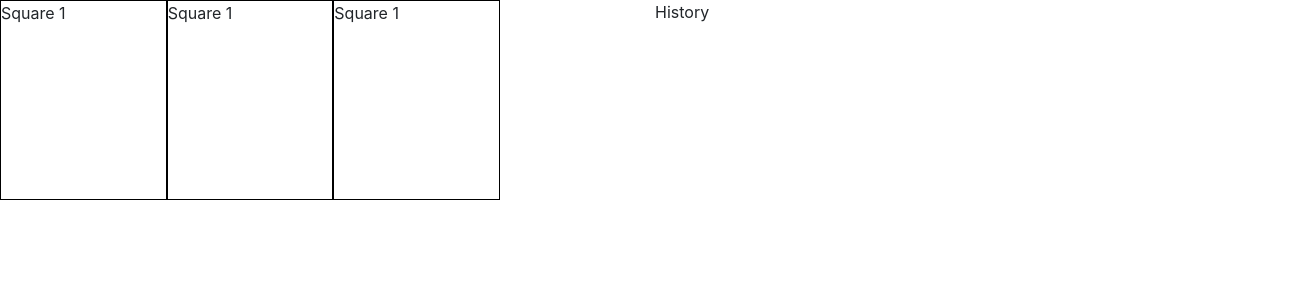
Repository: tts2610/Tic-Tac_Toe
Page: /
These files come from the project's save history. The page is drawn as it stood at one moment and after the next save; the edit follows.
The browser window is 1280 px wide. The page is 1295 px wide, then 1280 px, so the pictures cover 1295 px, including what lies to the right of the window. The pictures show the whole page.
The project was rebuilt for these pictures with package versions that can differ from the ones it lists, and the page was loaded fresh each time.

Above is the page before, as saved 2020-06-02 10:57:51.

After the next save:
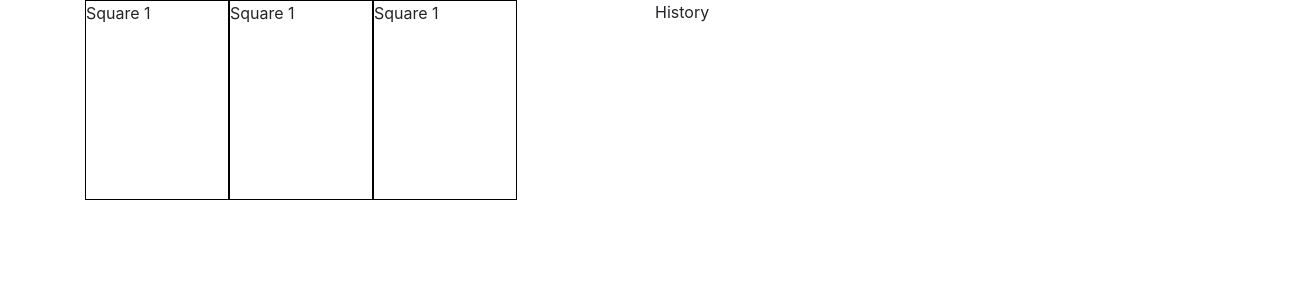
Saved 27 s later.
--- a/src/App.js
+++ b/src/App.js
@@ -2,18 +2,20 @@ import React, { Component } from "react";
 import "./App.css";
 import Board from "./components/Board";
 import "bootstrap/dist/css/bootstrap.min.css";
-import { Row, Col } from "react-bootstrap";
+import { Row, Col, Container } from "react-bootstrap";
 
 export default class App extends Component {
   render() {
     return (
       <div className="App">
-        <Row>
-          <Col>
-            <Board />
-          </Col>
-          <Col>History</Col>
-        </Row>
+        <Container>
+          <Row>
+            <Col>
+              <Board />
+            </Col>
+            <Col>History</Col>
+          </Row>
+        </Container>
       </div>
     );
   }
